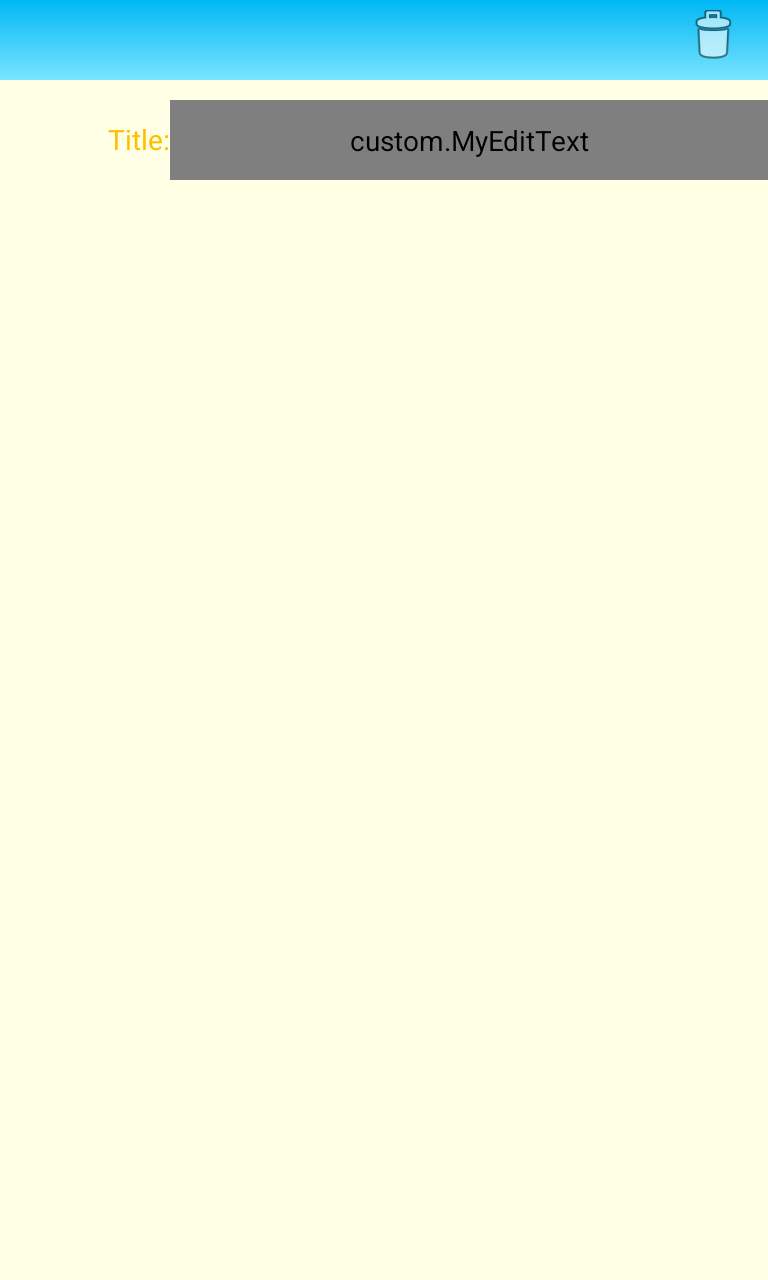
Repository: titango/androidass1
Layout: uTask/res/layout/group_add_view.xml
An editor plug-in stored every save of this project. The layout is shown before and after the next save, followed by the edit.
Pictures or frames that could not be fetched are drawn as grey boxes. It is drawn on a 768 x 1280 px phone screen (xhdpi) without system bars, with theme NoActionBar; the app's code is not run.

Above is the layout before, as saved 2013-04-01 19:35:28.

### uTask/res/layout/group_add_view.xml
<RelativeLayout xmlns:tools="http://schemas.android.com/tools"
    xmlns:android="http://schemas.android.com/apk/res/android"
    android:layout_width="match_parent"
    android:layout_height="match_parent"
    android:orientation="vertical" >

    <RelativeLayout
        android:id="@+id/top_panel_group_add"
        android:layout_width="match_parent"
        android:layout_height="40dp"
        android:background="@drawable/top_panel_gradient_selector"
        android:orientation="horizontal" >

        <ImageButton
            android:id="@+id/deleteTaskButton_group_add"
            android:layout_width="25dp"
            android:layout_height="25dp"
            android:layout_alignParentRight="true"
            android:layout_marginLeft="13dp"
            android:layout_marginRight="15dp"
            android:layout_marginTop="5dp"
            android:background="@android:color/transparent"
            android:contentDescription="@string/addingTaskButton"
            android:src="@android:drawable/ic_menu_delete" />
    </RelativeLayout>

    <RelativeLayout
        android:id="@+id/bottom_panel_group_add"
        android:layout_width="match_parent"
        android:layout_height="match_parent"
        android:layout_below="@+id/top_panel_group_add"
        android:background="@color/superlightyellow"
        android:baselineAligned="false"
        android:orientation="horizontal" >

        <LinearLayout
            android:id="@+id/left_bottom_panel_group_add"
            android:layout_width="85dp"
            android:layout_height="match_parent"
            android:background="@color/superlightyellow"
            android:orientation="vertical" >

            <TextView
                android:id="@+id/groupName_left_bottom_panel_group_add"
                android:layout_width="match_parent"
                android:layout_height="wrap_content"
                android:layout_marginBottom="10dp"
                android:layout_marginTop="20dp"
                android:gravity="right"
                android:text="@string/title"
                android:textColor="@color/darkorange" />
        </LinearLayout>

        <LinearLayout
            android:id="@+id/right_bottom_panel_group_add"
            android:layout_width="match_parent"
            android:layout_height="wrap_content"
            android:layout_toRightOf="@+id/left_bottom_panel_group_add"
            android:background="@color/superlightyellow"
            android:orientation="vertical" >

            <custom.MyEditText
                android:id="@+id/title_right_bottom_panel_group_add"
                android:layout_width="match_parent"
                android:layout_height="40dp"
                android:layout_marginBottom="10dp"
                android:layout_marginTop="10dp"
                android:layout_weight="13.82"
                android:ems="10"
                android:textColor="@color/darkblue"
                android:textSize="12sp" >

                <requestFocus />
            </custom.MyEditText>
        </LinearLayout>
    </RelativeLayout>

</RelativeLayout>

### uTask/res/drawable-mdpi/top_panel_gradient_selector.xml
<?xml version="1.0" encoding="utf-8"?>
<selector xmlns:android="http://schemas.android.com/apk/res/android">
<item>
    <shape>
        <gradient
            android:angle="90"
            android:startColor="#7AE4FF"
            android:endColor="#00B8F5"
            android:type="linear" />
    </shape>
</item>
</selector>

### uTask/res/values/strings.xml
<?xml version="1.0" encoding="utf-8"?>
<resources>

    <string name="app_name">uTask</string>
    <string name="task_view">TaskView</string>
    <string name="group_view">GroupView</string>
    <string name="taskmodify">TaskModifyView</string>


    <string name="action_settings">Settings</string>
    <string name="hello_world">Hello world!</string>
    <string name="addingTaskButton">This is the button to add task</string>
    <string name="addingGroupTaskButton">This is the button to add task group</string>
    <string name="priority">Priority:</string>
    <string name="title">Title:</string>
    <string name="duedate">DueDate:</string>
    <string name="group">Group:</string>
    <string name="collaborator">Collaborator:</string>
    <string name="note">Note:</string>
    <string name="chooseContact">Choose</string>
    <string name="status">Completed</string>
    <string name="newgroup">New Group:</string>

</resources>

### uTask/res/values/colors.xml
<?xml version="1.0" encoding="utf-8"?>
<resources>
    <color name="white">#FFFFFF</color>
    <color name="black">#000000</color>
    <color name="darkblue">#0000A0</color>
    <color name="lightblue">#CCE6FF</color>
    <color name="lightyellow">#FFFFCC</color>
    <color name="superlightyellow">#FFFFE5</color>
    <color name="lightorange">#FFCC33</color>
    <color name="darkorange">#FFBF00</color>
    <color name="lowlightgreen">#00FF99</color>
    <color name="lightpurple">#9999FF</color>
    <color name="bananagreen">#E6FF66</color>
    <color name="lightgreen">#00FFAA</color>

</resources>

Loaded but not shown: uTask/res/values/styles.xml (common file)

After the next save:
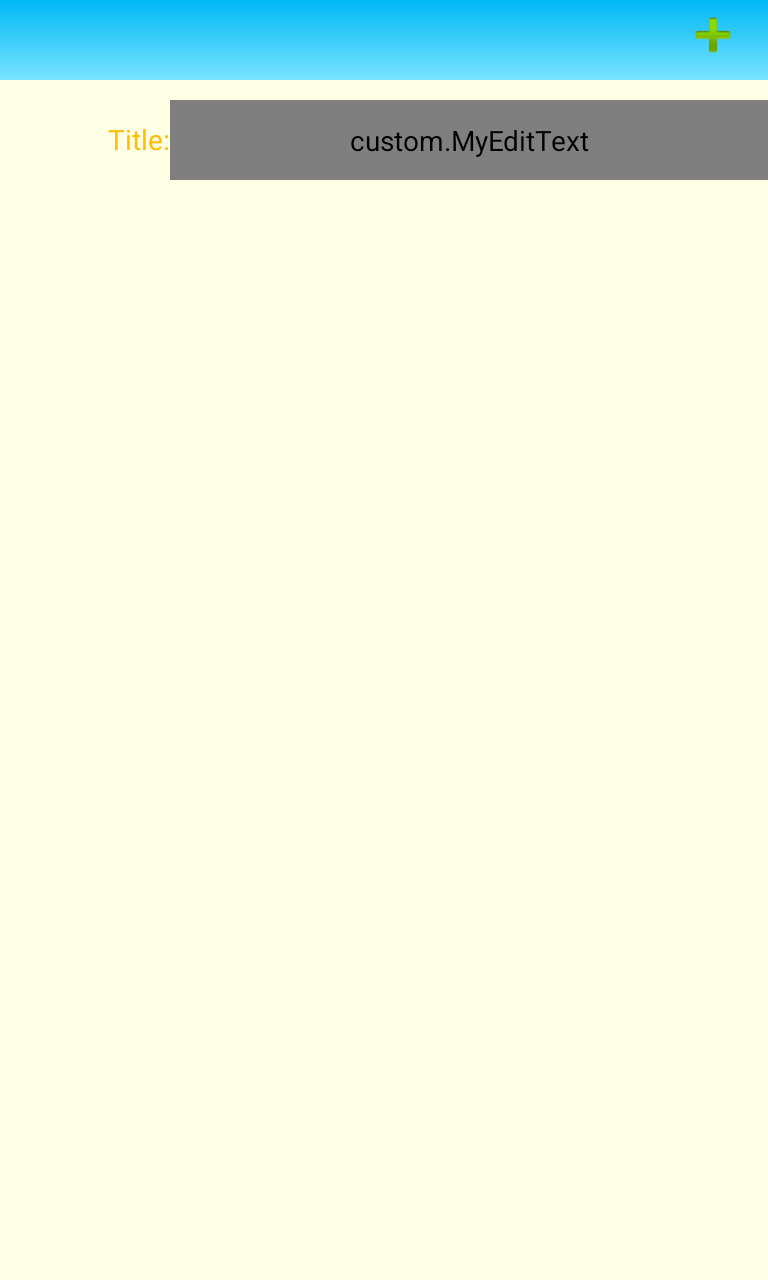
Saved 12 s later.
--- a/uTask/res/layout/group_add_view.xml
+++ b/uTask/res/layout/group_add_view.xml
@@ -21,7 +21,7 @@
             android:layout_marginTop="5dp"
             android:background="@android:color/transparent"
             android:contentDescription="@string/addingTaskButton"
-            android:src="@android:drawable/ic_menu_delete" />
+            android:src="@android:drawable/ic_input_add" />
     </RelativeLayout>
 
     <RelativeLayout
